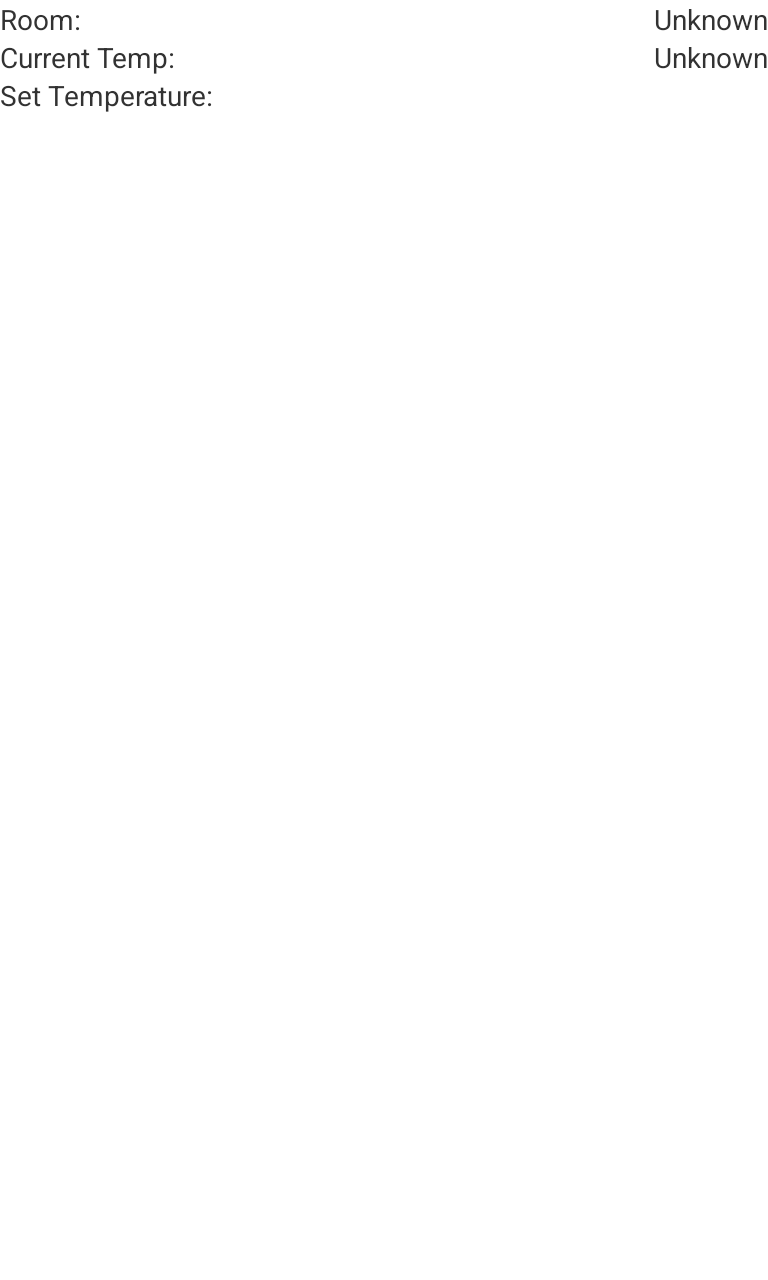
Repository: finerrecliner/SmartVent
Layout: SmartVent/res/layout/activity_main.xml
These files come from the project's save history. The layout is drawn as it stood at one moment and after the next save; the edit follows.
It is drawn on a 768 x 1280 px phone screen (xhdpi) without system bars, with theme AppTheme; the app's code is not run.

Above is the layout before, as saved 2013-11-02 17:51:04.

After the next save:
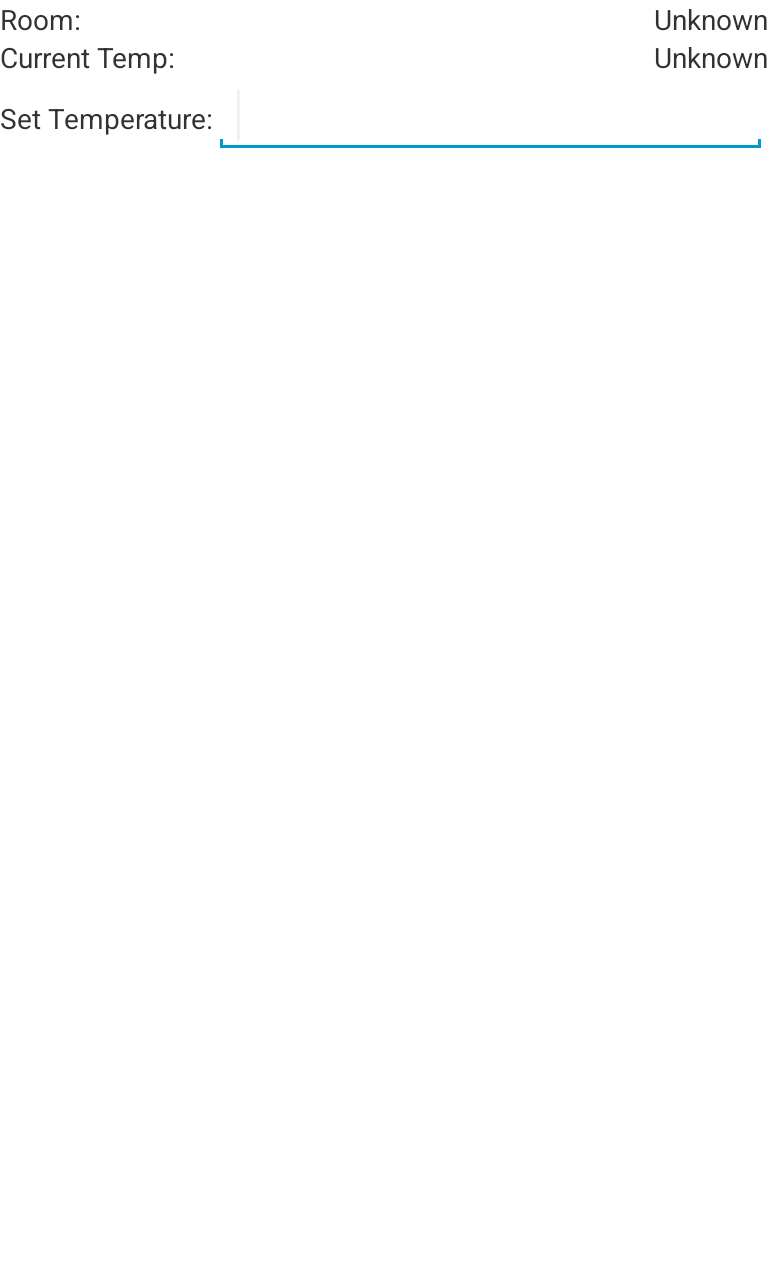
Saved 2 min 1 s later.
--- a/SmartVent/res/layout/activity_main.xml
+++ b/SmartVent/res/layout/activity_main.xml
@@ -55,6 +55,18 @@
             android:layout_width="wrap_content"
             android:layout_height="wrap_content"
             android:text="@string/set_temperature" />
+
+        <EditText
+            android:id="@+id/set_temp_val"
+            android:layout_width="fill_parent"
+            android:layout_height="wrap_content"
+            android:layout_weight="1"
+            android:ems="10"
+            android:inputType="number" >
+
+            <requestFocus />
+        </EditText>
+
     </LinearLayout>
 
 </LinearLayout>
